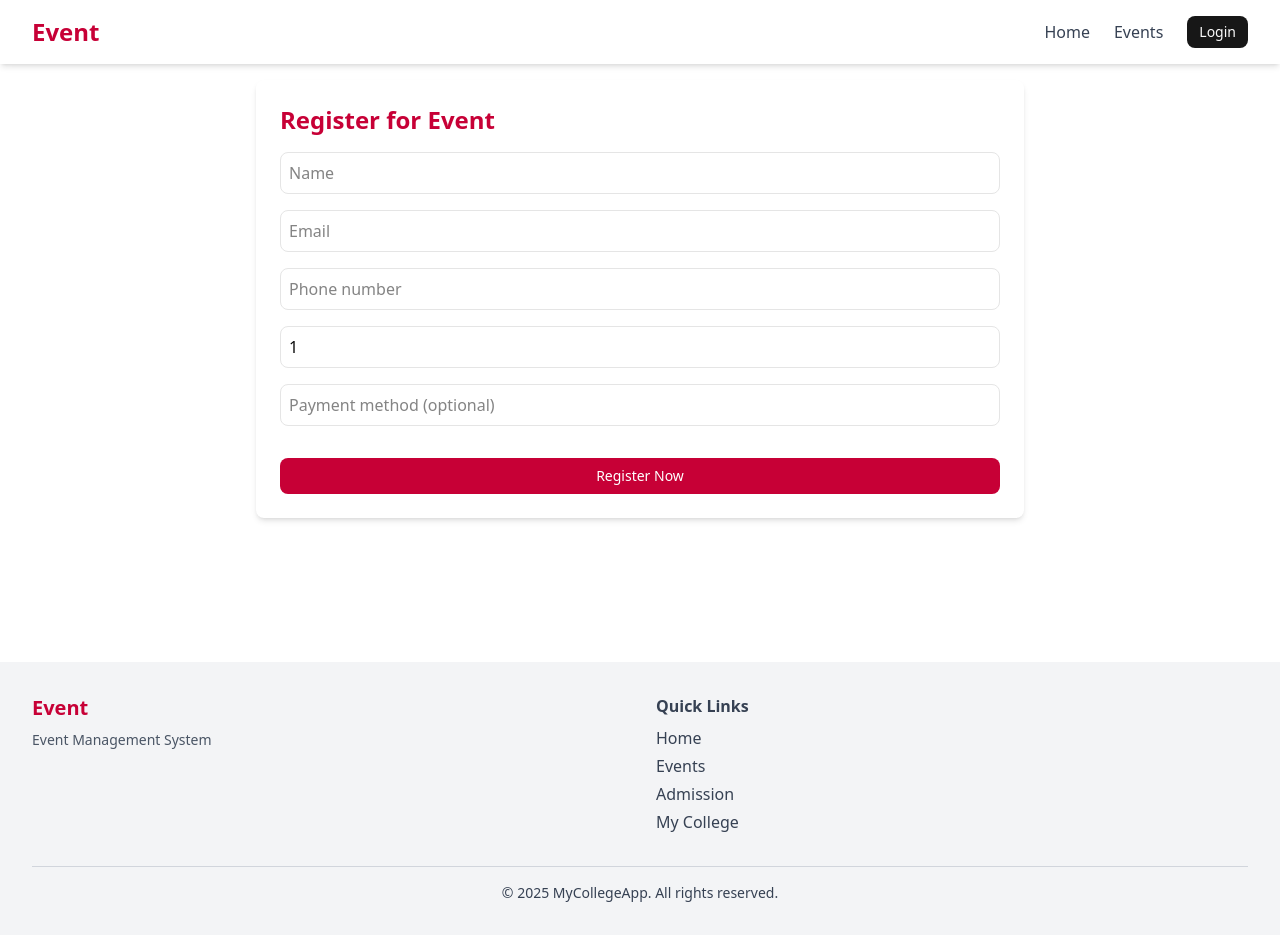
Repository: shshafin/event-client
Page: /event-register
The author's editor kept a copy of each file at every save. The page is drawn from the files as they stood at one save, then again after the next save.
The browser window is 1280 px wide. The pictures show the whole page.
The page's requests for data from a server got no answer. The project was rebuilt for these pictures with package versions that can differ from the ones it lists, and the page was loaded fresh each time. The framework's server and built-in components were replaced by stand-ins that run in the browser. No one was signed in, and anything a server would have sent is missing. Also part of the build but not shown: next.config.ts, src/components/ui/dropdown-menu.tsx.

Above is the page before, as saved 2025-10-30 14:45:36.

After the next save:
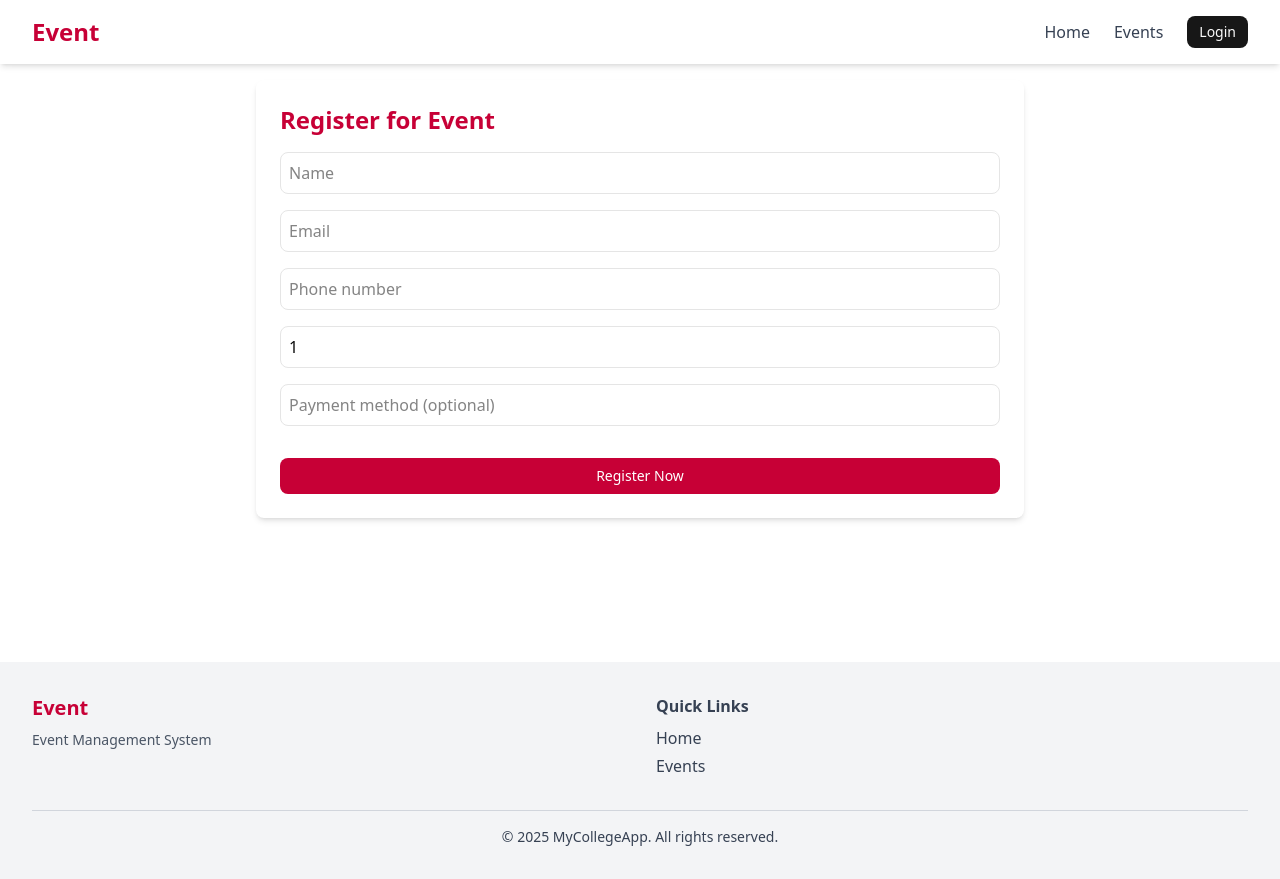
Saved 5 s later.
--- a/src/components/ui/Footer.tsx
+++ b/src/components/ui/Footer.tsx
@@ -33,20 +33,6 @@ export default function Footer() {
                   Events
                 </Link>
               </li>
-              <li>
-                <Link
-                  href="/admission"
-                  className="hover:text-rose-700">
-                  Admission
-                </Link>
-              </li>
-              <li>
-                <Link
-                  href="/my-college"
-                  className="hover:text-rose-700">
-                  My College
-                </Link>
-              </li>
             </ul>
           </div>
         </div>
